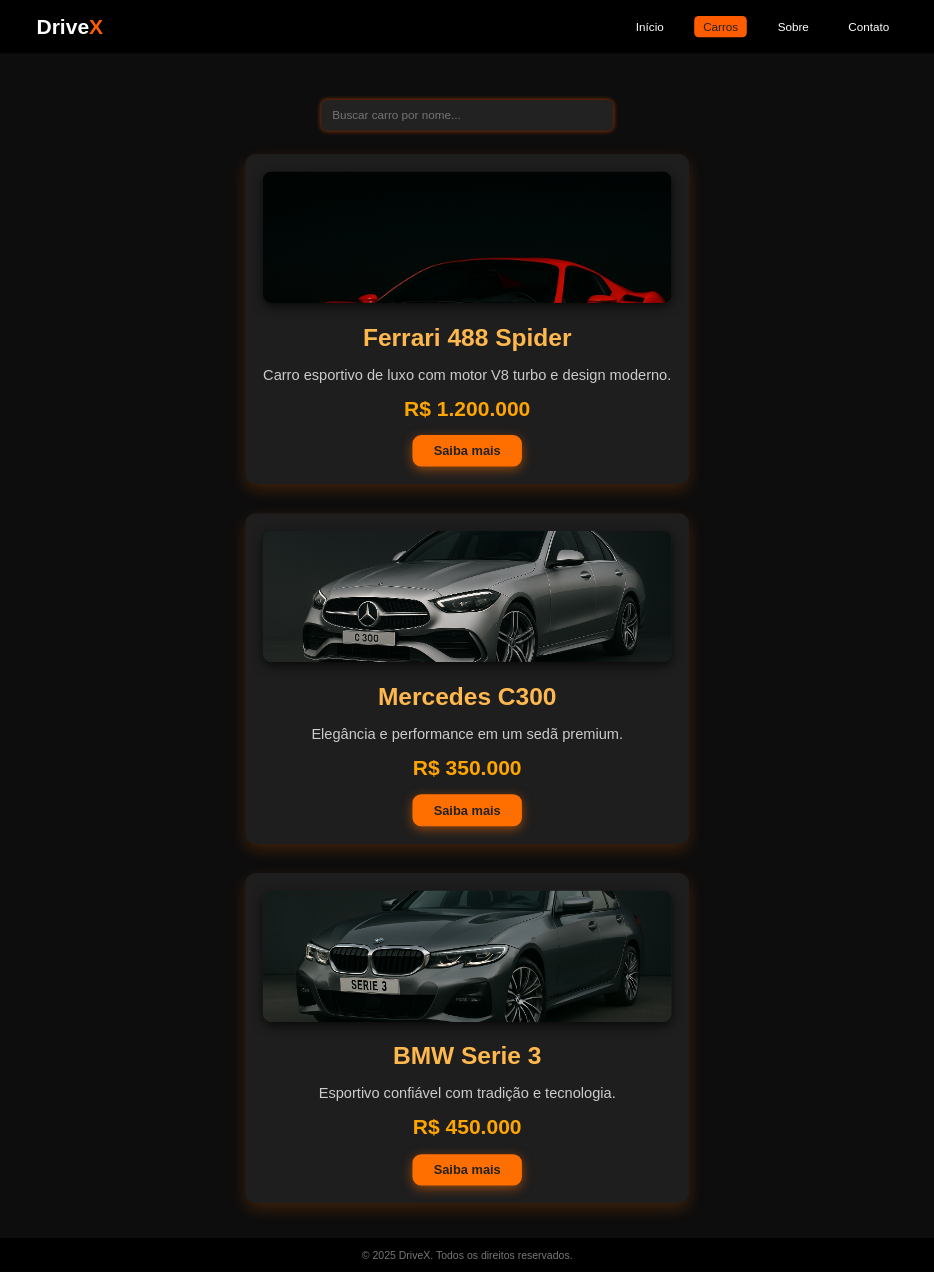
Repository: Mateushlp/DriveX
Page: carros.html
These files come from the project's save history. The page is drawn as it stood at one moment and after the next save; the edit follows.
The browser window is 1280 px wide. The pictures show the whole page, at 73% of full size.

Above is the page before, as saved 2025-06-23 22:30:00.

After the next save:
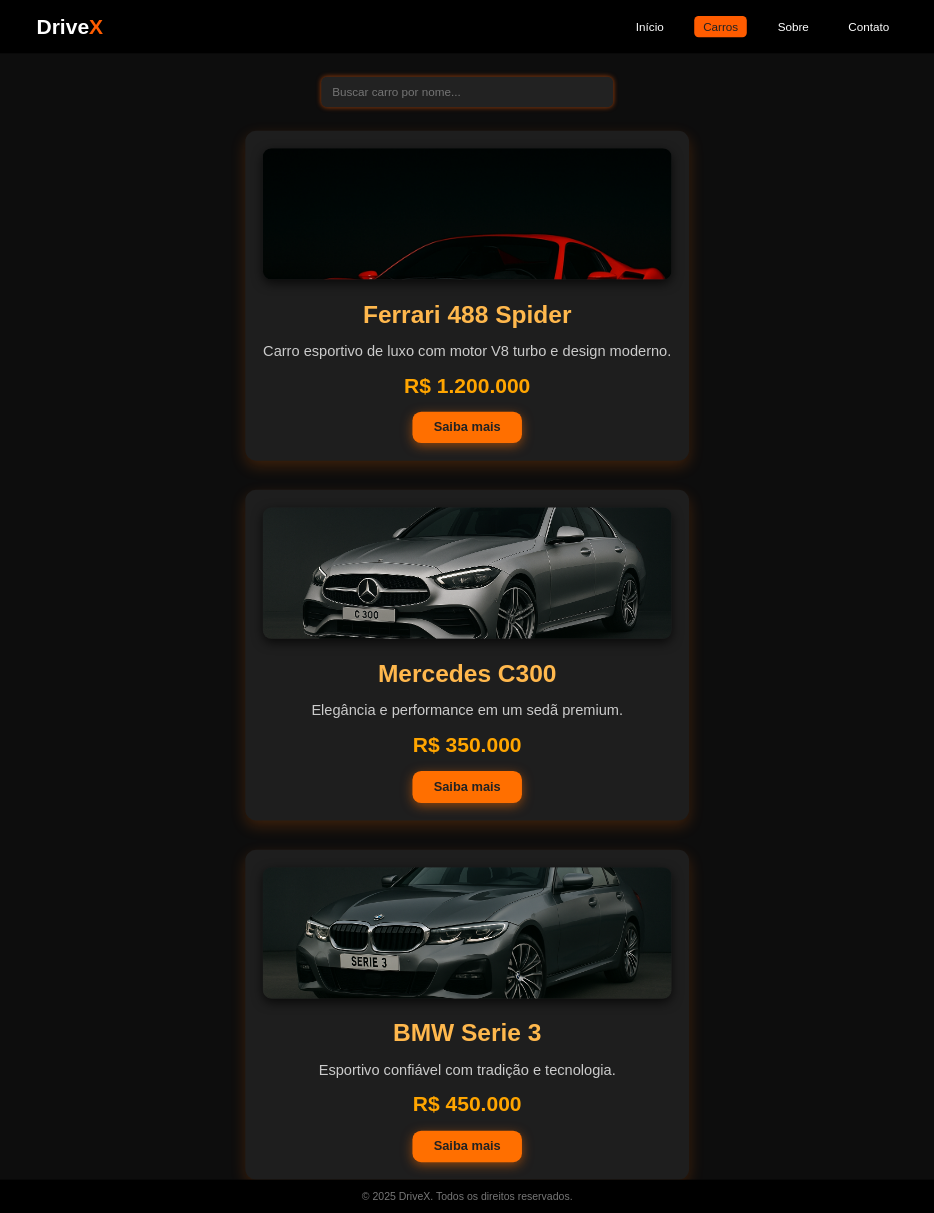
Saved 7 min 45 s later.
--- a/carros.css
+++ b/carros.css
@@ -56,7 +56,7 @@
 
 /* MAIN */
 main {
-  flex: 1;
+  gri
   padding: 2rem 1rem 3rem;
   max-width: 1200px;
   margin: 0 auto;

After the save that followed:
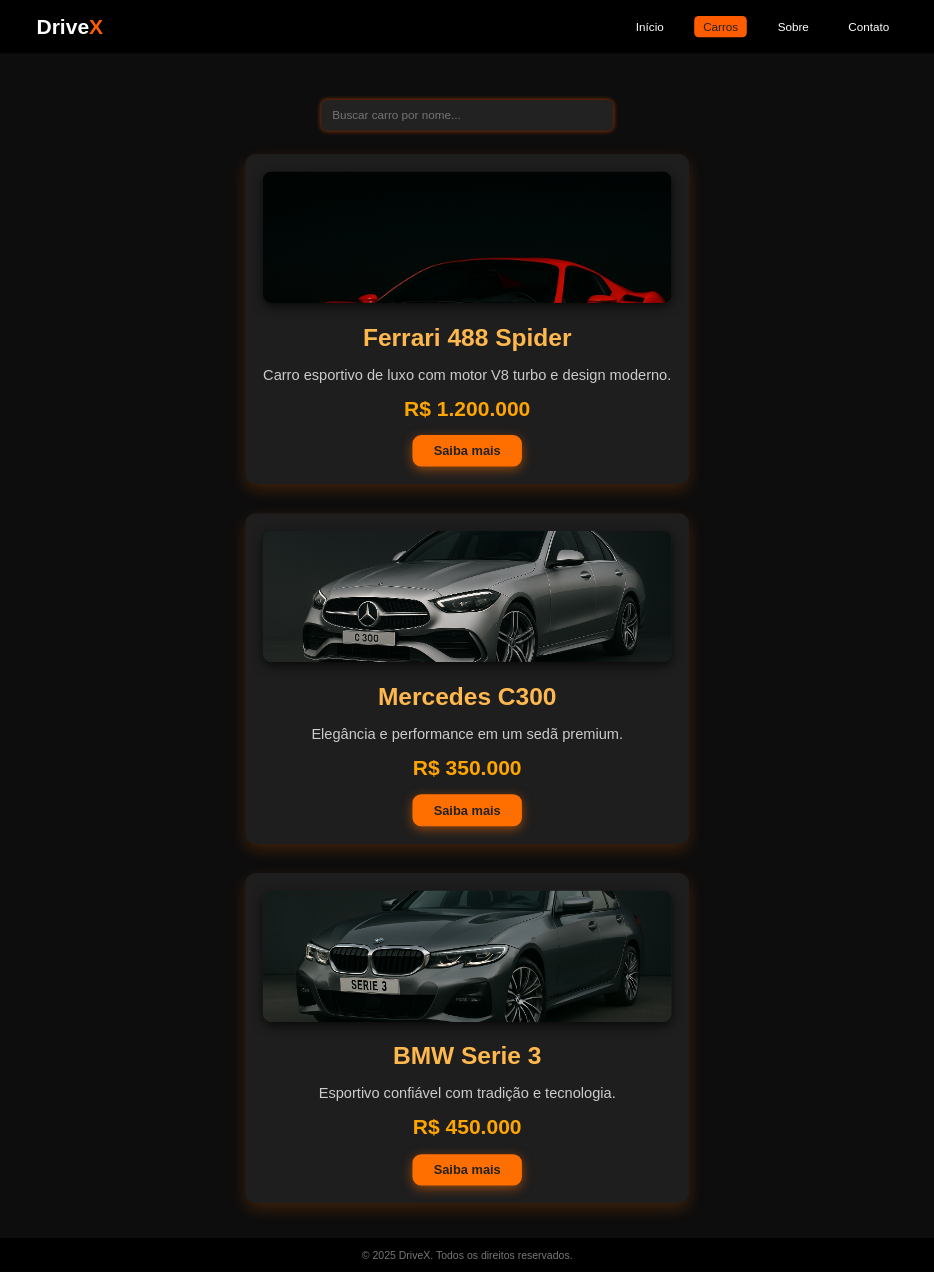
Saved 4 s later.
--- a/carros.css
+++ b/carros.css
@@ -56,7 +56,7 @@
 
 /* MAIN */
 main {
-  gri
+  display: grid;
   padding: 2rem 1rem 3rem;
   max-width: 1200px;
   margin: 0 auto;
